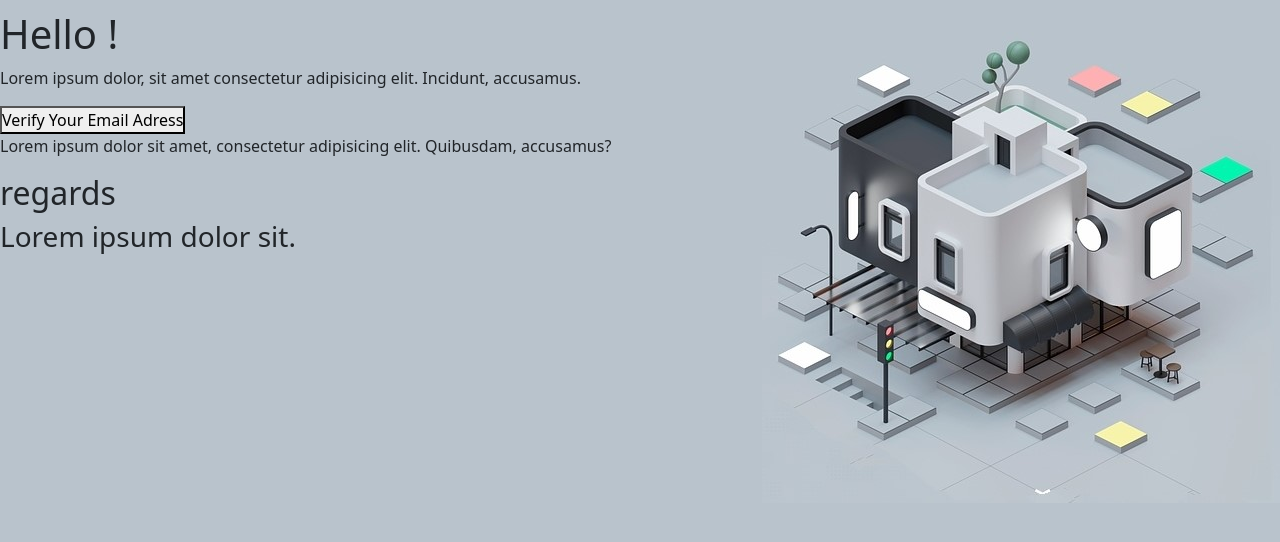
Repository: Aayush919/taskui
Page: index.html
The author's editor kept a copy of each file at every save. The page is drawn from the files as they stood at one save, then again after a run of saves.
The browser window is 1280 px wide. The pictures show the whole page.

Above is the page before, as saved 2024-01-12 12:42:15.

### index.html
<!doctype html>
<html lang="en">

<head>
    <meta charset="utf-8">
    <meta name="viewport" content="width=device-width, initial-scale=1">
    <title>Bootstrap demo</title>
    <link href="https://cdn.jsdelivr.net/npm/bootstrap@5.3.2/dist/css/bootstrap.min.css" rel="stylesheet"
        integrity="sha384-T3c6CoIi6uLrA9TneNEoa7RxnatzjcDSCmG1MXxSR1GAsXEV/Dwwykc2MPK8M2HN" crossorigin="anonymous">
        <link rel="stylesheet" href="style.css">
</head>

<body>



    <div class="custom-bg">
        <div class="right">
          <div class="top">
            <h1>Hello !</h1>
            <p>Lorem ipsum dolor, sit amet consectetur adipisicing elit. Incidunt, accusamus.</p>
            <button>Verify Your Email Adress</button>
            <p>Lorem ipsum dolor sit amet, consectetur adipisicing elit. Quibusdam, accusamus?</p>
            <h2>regards</h2>
            <h3>Lorem ipsum dolor sit.</h3>
          </div>
        </div>
        <div class="left">
            <img src="./bg.jpg" alt="" class="img-fluid">
        </div>
    </div>

    <script src="https://cdn.jsdelivr.net/npm/bootstrap@5.3.2/dist/js/bootstrap.bundle.min.js"
        integrity="sha384-C6RzsynM9kWDrMNeT87bh95OGNyZPhcTNXj1NW7RuBCsyN/o0jlpcV8Qyq46cDfL"
        crossorigin="anonymous"></script>
</body>

</html>

<!-- -->

### style.css
*{
margin: 0;
padding: 0;
box-sizing: border-box;
}


html,body{
    height: 100%;
    width: 100%;

}

.custom-bg{
    background-color:#B9C3CC;
    height: 100%;
    width: 100%;
    display: flex;
    justify-content: space-between;


}

@media(max-width:667px){
    .custom-bg{
        flex-direction: column;
    }
}


.custom-bg .left img{
    right: 0px;

}



.right .top{
        margin-top: 10px;
}

After the next 5 saves:
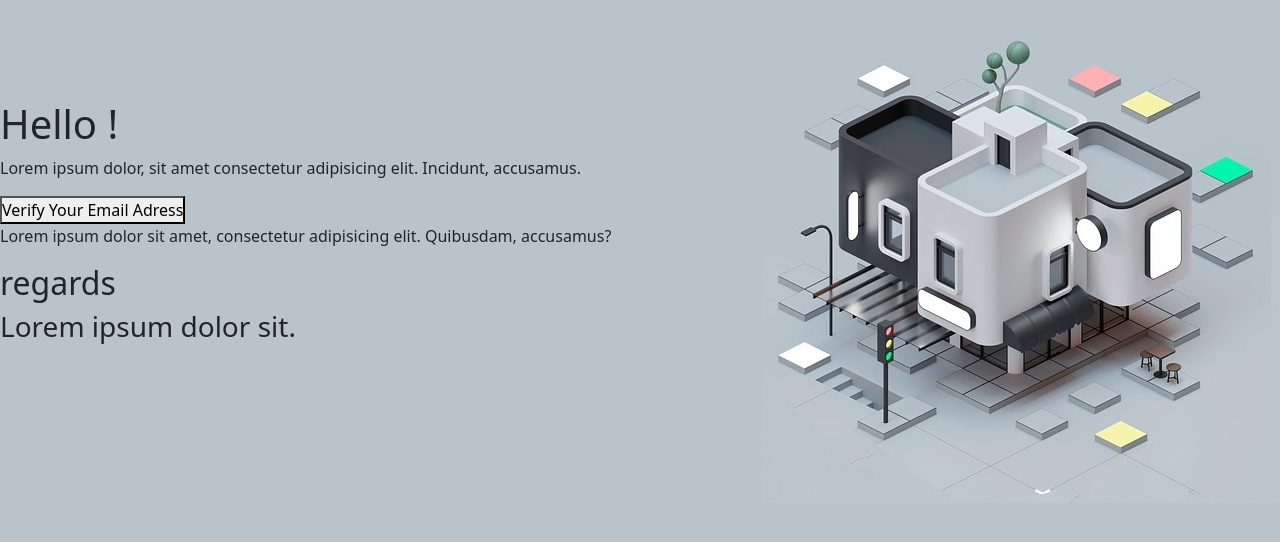
The 5 saves are shown as one change because they came seconds apart.
The last was saved 15 s later.
--- a/style.css
+++ b/style.css
@@ -36,5 +36,5 @@ html,body{
 
 
 .right .top{
-        margin-top: 10px;
+        margin-top: 100px;
 }
